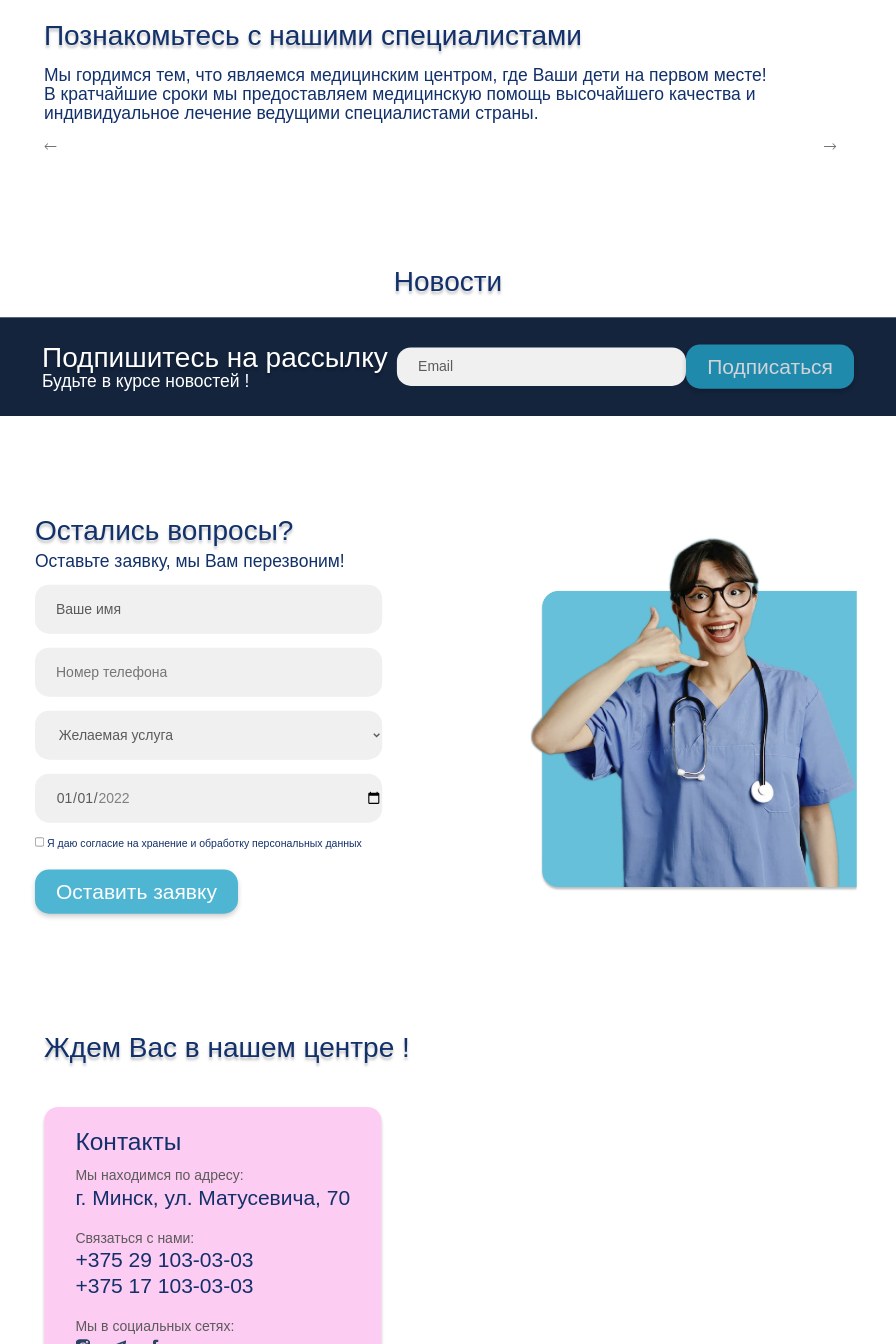
Repository: Normandy72/Landing-Page-Happy-Child
Page: index.html
An editor plug-in stored every save of this project. The page is shown before and after the next save, followed by the edit.
The browser window is 1280 px wide. The pictures show the part of the page from y = 2075 to 3995 px (the page is 4570 px tall), at 70% of full size.
The page's requests for data from a server got no answer. Some web fonts or font styles are not loaded; a fallback is used.

Above is the page before, as saved 2022-12-06 11:08:21.

After the next save:
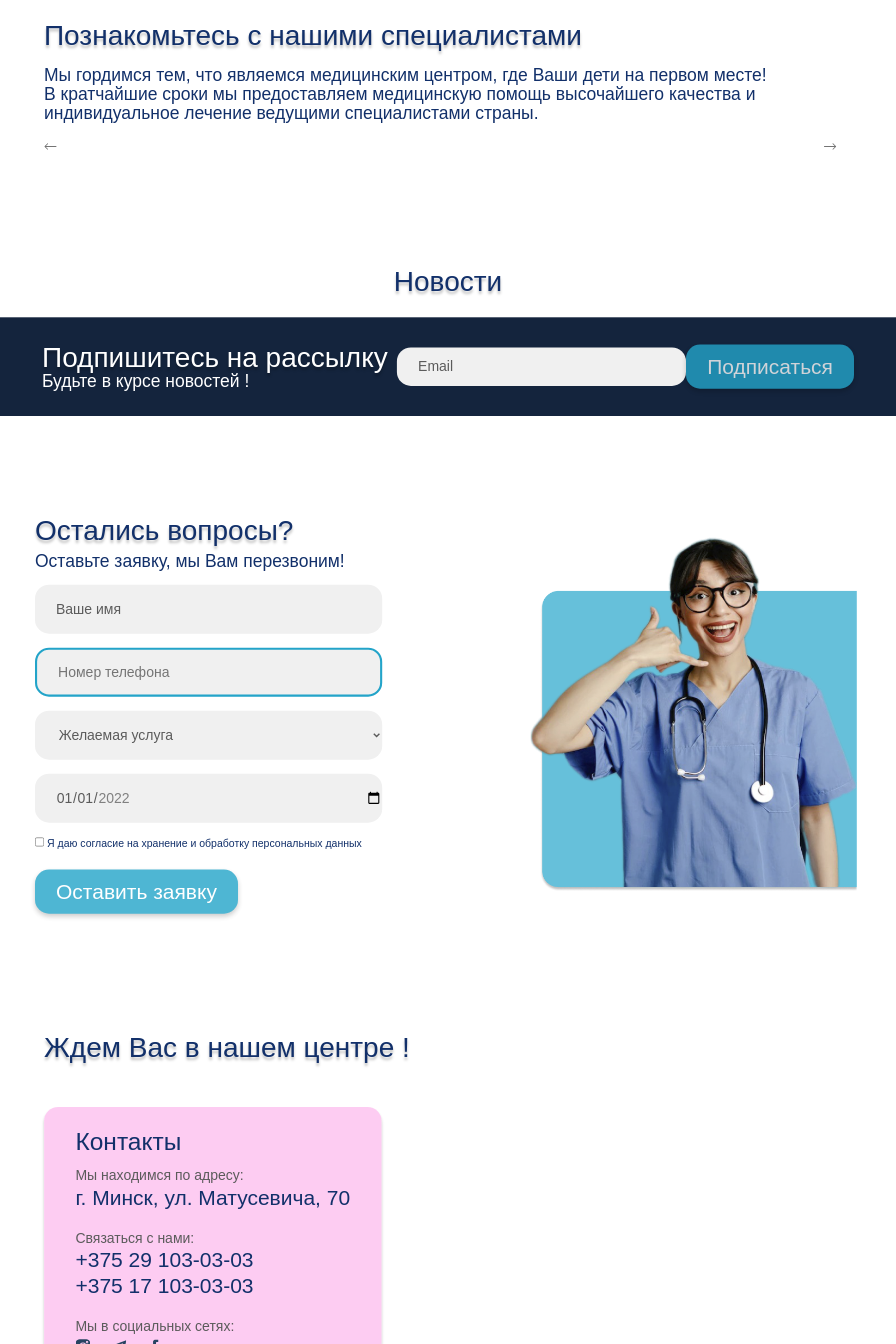
Saved 68 s later.
--- a/styles/forms.css
+++ b/styles/forms.css
@@ -12,6 +12,10 @@ input, select{
 }
 
 input:focus, select:focus{
+    border: 3px solid var(--input-focus-color);
+}
+
+input:invalid{
     border: 3px solid var(--input-focus-color);
 }
 
